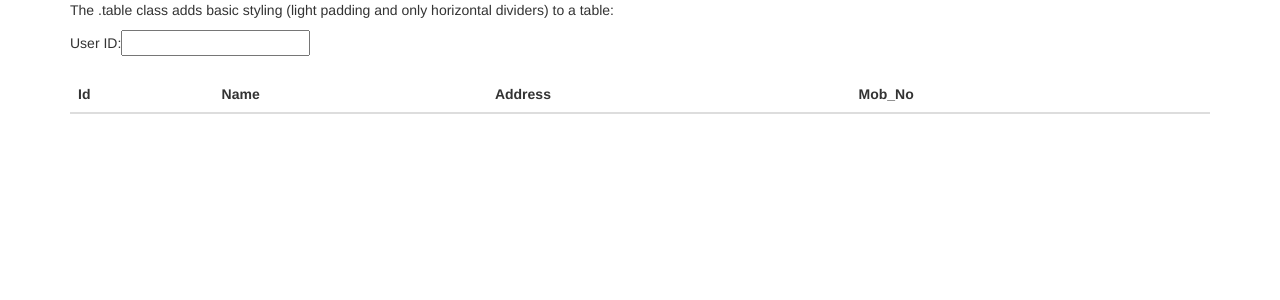
Repository: priyankateli27/priyanka
Page: SirAssignment/src/main/webapp/information.html
These files come from the project's save history. The page is drawn as it stood at one moment and after the next save; the edit follows.
The browser window is 1280 px wide. The pictures show the whole page.

Above is the page before, as saved 2016-07-15 10:49:20.

After the next save:
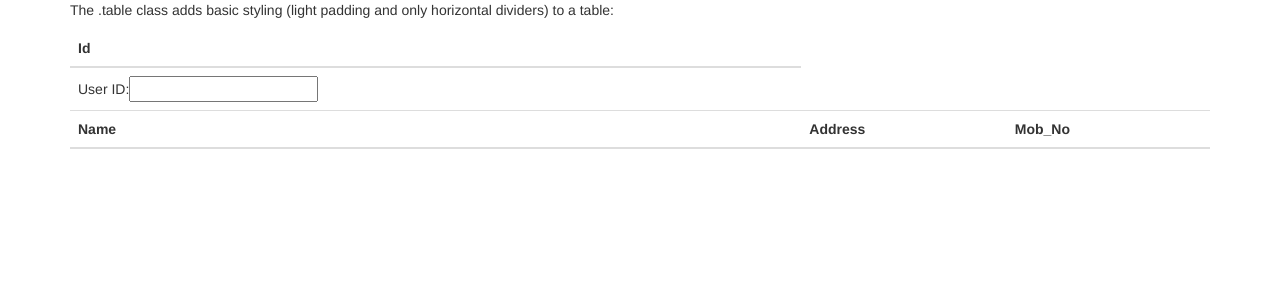
Saved 110 s later.
--- a/SirAssignment/src/main/webapp/information.html
+++ b/SirAssignment/src/main/webapp/information.html
@@ -17,9 +17,11 @@
     <thead>
       <tr>
         <th>Id</th>
+        <tr>
+        <td>
          User ID:<input type="text" name="userID">
-</br>
-</br>
+         </td>
+         </tr>
 
         <th>Name</th>
 
